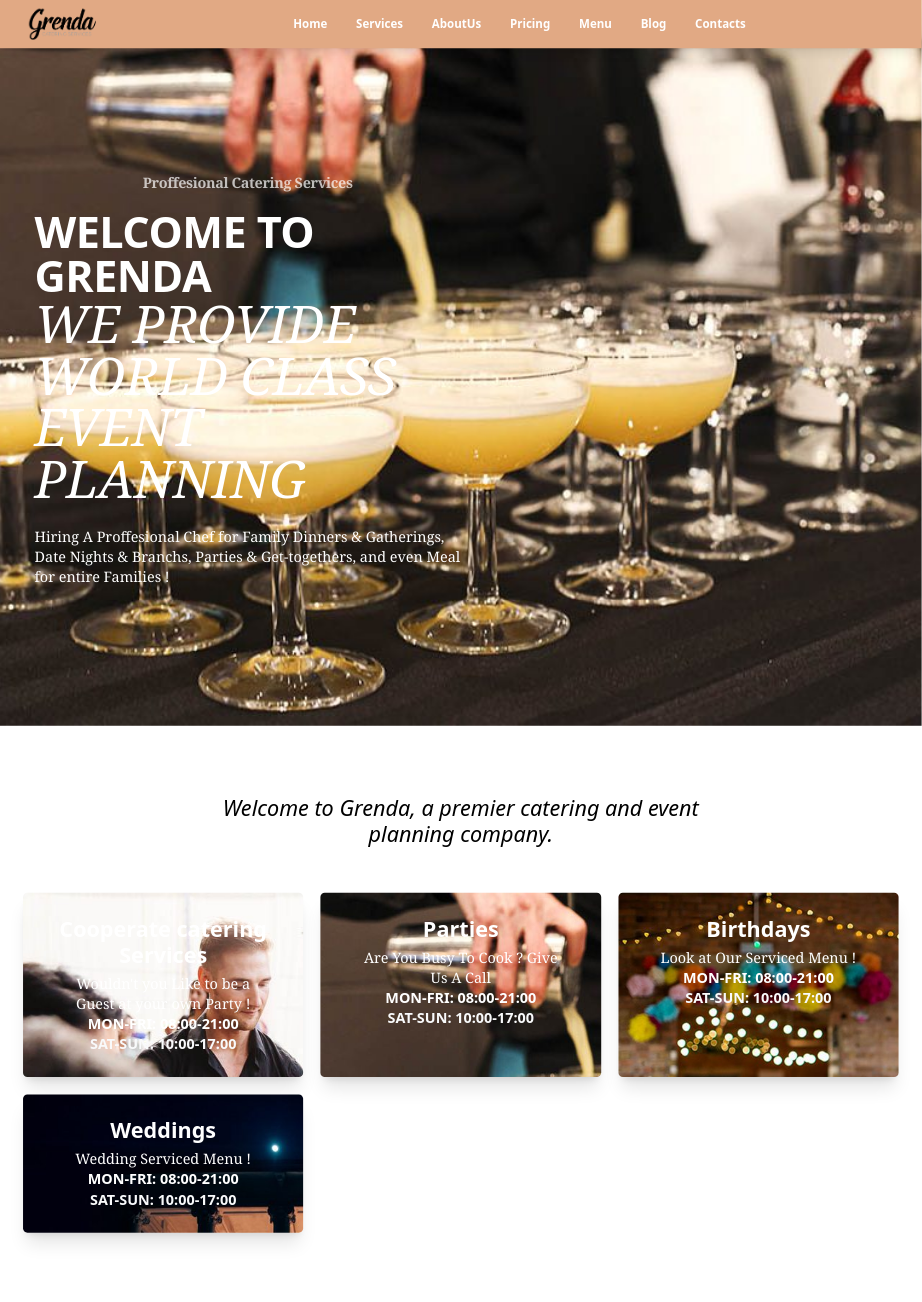
Repository: remydev47/grandes-events
Page: /
An editor plug-in stored every save of this project. The page is shown before and after the next save, followed by the edit.
The browser window is 1280 px wide. The pictures show the whole page, at 72% of full size.
The project was rebuilt for these pictures with package versions that can differ from the ones it lists, and the page was loaded fresh each time. Also part of the build but not shown: vite.config.js.

Above is the page before, as saved 2023-02-08 15:42:01.

### index.html
<!DOCTYPE html>
<html lang="en">
  <head>
    <meta charset="UTF-8" />
    <link rel="icon" type="image/svg+xml" href="/vite.svg" />
    <meta name="viewport" content="width=device-width, initial-scale=1.0" />
    <title>Grendas</title>
  </head>
  <body>
    <div id="root"></div>
    <script type="module" src="/src/main.jsx"></script>
  </body>
</html>

### src/App.jsx
import { useState } from 'react'
import reactLogo from './assets/react.svg'
import Hero from './components/Hero'
import Navbar from './components/Navbar'
import Services from './components/Services'

function App() {
  const [count, setCount] = useState(0)

  return (
   <div>
      <Navbar />
      <Hero />
      <Services />
   </div>
  )
}

export default App

### src/index.css
@import url("https://fonts.googleapis.com/css2?family=Epilogue:wght@400;500;600;700&display=swap");

@tailwind base;
@tailwind components;
@tailwind utilities;

### src/components/Hero.jsx
import React from 'react'
import { hero } from '../assets'

const Hero = () => {
  return (
    <section className='relative pt-48 pb-12 xl:pt-60 sm:pb-16 lg:pb-32 xl:pb-48 2xl:pb-56'>
    <div className="absolute inset-0">
     <img className="object-cover w-full h-full" src={hero} alt="" />
    </div>
   <div className='relative'>
    <div className="px-6 mx-auto sm:px-8 lg:px-12 max-w-7xl">
      <div className="w-full lg:w-2/3 xl:w-1/2">
        <h1 className="font-serif text-xl font-bold tracking-tight text-white text-opacity-70 text-center">Proffesional Catering Services</h1>
        <p className="mt-6 tracking-tighter text-[#FFF]">
          <span className="font-sans font-bold text-6xl">WELCOME TO GRENDA </span><br />
          <span className="font-serif italic font-BOLD text-7xl">WE PROVIDE WORLD CLASS EVENT PLANNING</span>
        </p>
        <p className="mt-8 font-erif text-xl font-serif text-[#fff]">
          Hiring A Proffesional Chef for Family Dinners & Gatherings, Date Nights & Branchs, Parties & Get-togethers, and even Meal for entire Families !
        </p>
      </div>
    </div>
   </div>
  </section>
  )
}

export default Hero

### src/components/Navbar.jsx
import React from 'react'
import { navLinks } from '../constants'
import Menupopover from './Menupopover'
import { logo } from '../assets'

const Navbar = () => {
  return (
    <header className="fixed inset-x-0 bg-[#e1a984] z-20 flex justify-between items-center py-2 px-2 shadow-lg dark:bg-slate-900 sm:py-3 sm:px-8">
      <div className='flex grow-0 basis-1/3 md:hidden'>
        <Menupopover />
      </div>

     <div className='flex grow-0 ml-2 justify-center md:justify-start'>
       <img src={logo} alt='user' className='w-[60%] h-[60%] object-contain' />
     </div>


     <ul className="list-none sm:flex hidden justify-center items-center flex-1">
     {navLinks.map((nav, index) => (
        <li
        key={nav.id}
        className={`font-bold cursor-pointer text-[16px
           ${index === navLinks.length - 1 ? 'mr-0' : 'mr-10'}
          text-white `}
        >
            <a>{nav.title}</a>
        </li>
      ))}
      </ul>

    </header>
  )
}

export default Navbar

### src/components/Services.jsx
import React from 'react'


const services =[
  {
    image:"",
    name:'',

  },
  {
    image:"",
    name:'',

  },
  {
    image:"",
    name:'',

  },
  {
    image:"",
    name:'',

  },
]

const Services = () => {
  return (
    <section className={` sm:py-16 lg:py-24`}>
      <div className="px-4 mx-auto max-w-7xl sm:px-6 lg:px-8">
       <div className="max-w-2xl mx-auto text-center">
         <h2 className="text-xl font-normal italic leading-tight text-black lg:text-3xl">
          Welcome to Grenda, a premier catering and event planning company.
         </h2>
       </div>

       <div className="grid max-w-md grid-cols-1 gap-6 mx-auto mt-8 text-center lg:max-w-full lg:mt-16 lg:grid-cols-3">

        <div className="overflow-hidden bg-[url('./src/assets/service1.jpeg')] shadow-xl border-gray-300 rounded-md">
          <div className="p-8 xl:px-12 flex flex-col items-center justify-center">
             <div className='flex flex-col'>
               <h1 className='text-3xl font-semibold text-white'>Cooperate catering Services</h1>
             </div>
             <h2 className='font-normal text-xl font-serif text-white text-center mt-2'>
               Wouldn't you Like to be a Guest at your own Party !
             </h2>
             <p className='text-xl text-white text-center font-bold'>
               MON-FRI: 08:00-21:00
             </p>
             <p className='text-xl text-gray-50 text-center font-bold'>
               SAT-SUN: 10:00-17:00
             </p>
          </div>
        </div>

        <div className="overflow-hidden bg-[url('./src/assets/hero.jpeg')] shadow-xl border-gray-300 rounded-md">
          <div className="p-8 xl:px-12 flex flex-col items-center justify-center">
             <div className='flex flex-col'>
               <h1 className='text-3xl font-semibold text-white'>Parties</h1>
             </div>
             <h2 className='font-normal text-xl font-serif text-white text-center mt-2'>
               Are You Busy To Cook ? Give Us A Call
             </h2>
             <p className='text-xl text-white text-center font-bold'>
               MON-FRI: 08:00-21:00
             </p>
             <p className='text-xl text-gray-50 text-center font-bold'>
               SAT-SUN: 10:00-17:00
             </p>
          </div>
        </div>

        <div className="overflow-hidden bg-[url('./src/assets/service3.jpeg')] shadow-xl border-gray-300 rounded-md">
          <div className="p-8 xl:px-12 flex flex-col items-center justify-center">
             <div className='flex flex-col'>
               <h1 className='text-3xl font-semibold text-white'>Birthdays</h1>
             </div>
             <h2 className='font-normal text-xl font-serif text-white text-center mt-2'>
               Look at Our Serviced Menu !
             </h2>
             <p className='text-xl text-white text-center font-bold'>
               MON-FRI: 08:00-21:00
             </p>
             <p className='text-xl text-gray-50 text-center font-bold'>
               SAT-SUN: 10:00-17:00
             </p>
          </div>
        </div>

        <div className="overflow-hidden bg-[url('./src/assets/service2.jpeg')] shadow-xl border-gray-300 rounded-md">
          <div className="p-8 xl:px-12 flex flex-col items-center justify-center">
             <div className='flex flex-col'>
               <h1 className='text-3xl font-semibold text-white'>Weddings</h1>
             </div>
             <h2 className='font-normal text-xl font-serif text-white text-center mt-2'>
               Wedding Serviced Menu !
             </h2>
             <p className='text-xl text-white text-center font-bold'>
               MON-FRI: 08:00-21:00
             </p>
             <p className='text-xl text-gray-50 text-center font-bold'>
               SAT-SUN: 10:00-17:00
             </p>
          </div>
        </div>



       </div>
      </div>
    </section>
  )
}

export default Services

### src/assets/index.js
import menu from './menu.svg';
import logo from './logo3.png';
import close from './close.svg';
import hero from './hero.jpeg';
import service1 from './service1.jpeg';
import service2 from './service2.jpeg';
import service3 from './service3.jpeg'

export{
    menu, logo, close, hero, service1, service2, service3
}

### src/constants/index.js
export const navLinks=[
    {
        id:"home",
        title:"Home",
    },
    {
        id:"services",
        title:"Services",
    },
    {
        id:"AboutUs",
        title:"AboutUs",
    },
    {
        id:"pricing",
        title:"Pricing",
    },
    {
        id:"menu",
        title:"Menu",
    },
    {
        id:"blog",
        title:"Blog",
    },
    {
        id:"contacts",
        title:"Contacts",
    },
]

### src/components/Menupopover.jsx
import React, { useState } from 'react'
import { navLinks } from '../constants'
import { logo, menu } from '../assets'

const Menupopover = () => {
    const [toggleDrawer, setToggleDrawer] = useState(false);

  return (
    <div className='sm:hidden flex justify-between
     items-center relative'>
      <div className='w-[40px] h-[40px] rounded-[10px] bg-[#e1a984] flex
          justify-center items-center cursor-pointer'>
              {/* <img src={logo} alt='user' className='w-[60%] h-[60%] object-contain' /> */}
      </div>
      <img
        src={menu}
        alt="menu"
        className='w-[34px] h-[34px] object-contain cursor-pointer'
        onClick={() => setToggleDrawer((prev) => !prev)}
      />
      <div className={`fixed top-[60px] bg-[#e1a984] w-full max-w-xs
       ${!toggleDrawer ? '-translate-y-[100vh]' : 'translate-y-0'} transition-all duration-700`}>
        <ul className='list-none flex flex-col justify-end items-center flex-1'>
          {navLinks.map((nav, index) => (
             <li
              key={nav.id}
              className={`font-bold cursor-pointer text-[16px]
              mt-2 border-t border-slate-200 py-4 dark:border-slate-600
              ${index === navLinks.length - 1 ? 'mr-0' : 'mb-4'}
               text-white `}
             >
                 <a>{nav.title}</a>
             </li>
          ))}
        </ul>
       </div>
   </div>
  )
}

export default Menupopover

const styles = {
  container:`fixed top-0 bottom-0 left-0 w-full max-w-xs rounded-r-xl bg-[#e1a984] p-6 shadow-lg dark:bg-gray-800`,
  container2:`absolute top-[60px] right-0 left-0 bg-[#e1a984] z-10 shadow-secondary py-4`
}

### tailwind.config.cjs
/** @type {import('tailwindcss').Config} */
module.exports = {
  content: [
    "./index.html",
    "./src/**/*.{js,ts,jsx,tsx}",
  ],
  theme: {
    extend: {
      backgroundImage: {
        'bg-1': "url('./src/assets/service1.jpeg')",
        'bg-2': "url('./src/assets/hero.jpeg')",
        'bg-3': "url('./src/assets/service2.jpeg')",
        'bg-4': "url('./src/assets/service3.jpeg')",
      },
      fontFamily: {
        epilogue: ['Epilogue', 'sans-serif'],
      },
      boxShadow: {
        secondary: '10px 10px 20px rgba(2, 2, 2, 0.25)',
      },
    },
  },
  plugins: [],
}

Loaded but not shown: src/main.jsx (common file)

After the next save:
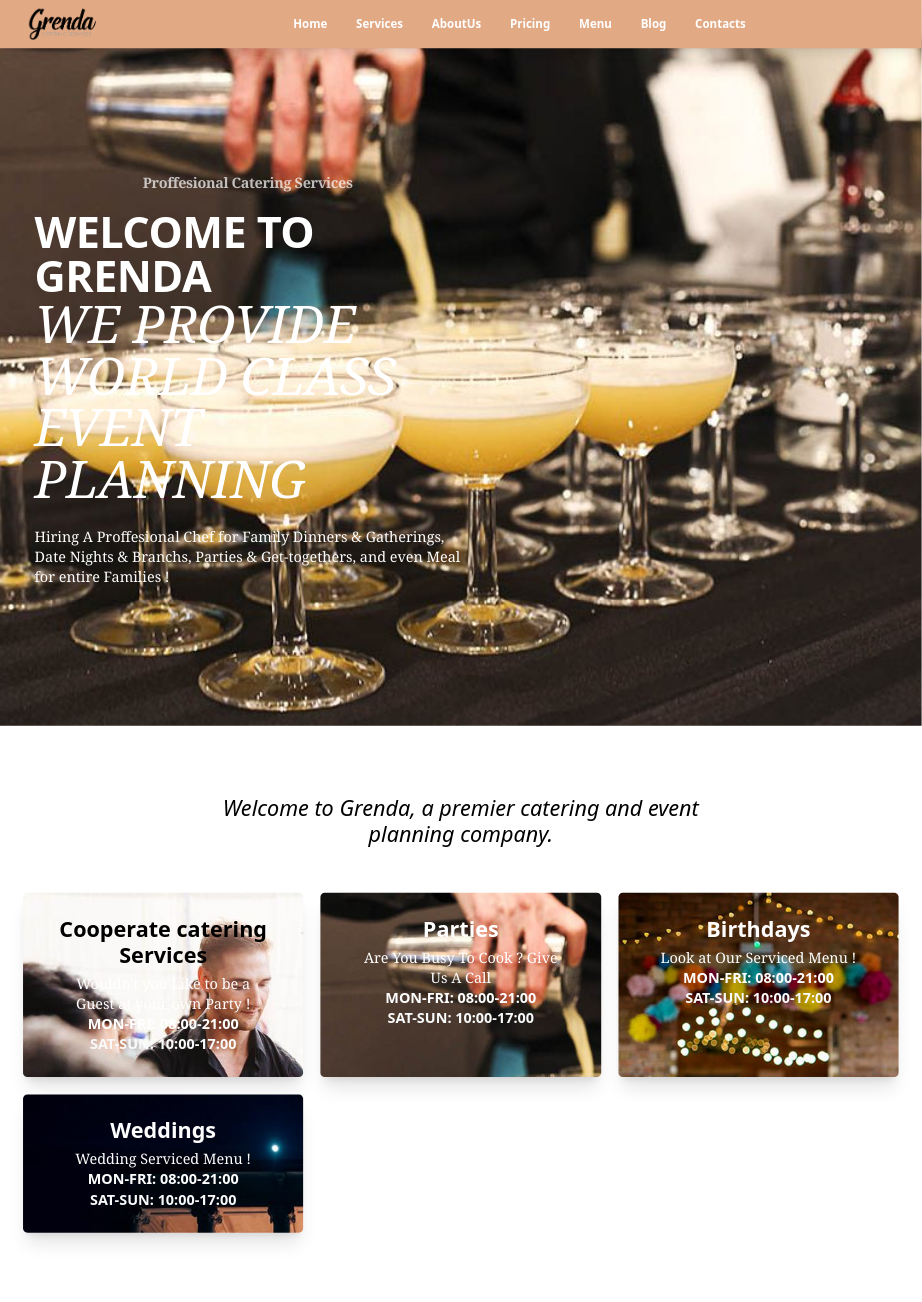
Saved 16 s later.
--- a/src/components/Services.jsx
+++ b/src/components/Services.jsx
@@ -39,7 +39,7 @@ const Services = () => {
         <div className="overflow-hidden bg-[url('./src/assets/service1.jpeg')] shadow-xl border-gray-300 rounded-md">
           <div className="p-8 xl:px-12 flex flex-col items-center justify-center">
              <div className='flex flex-col'>
-               <h1 className='text-3xl font-semibold text-white'>Cooperate catering Services</h1>
+               <h1 className='text-3xl font-semibold text-black'>Cooperate catering Services</h1>
              </div>
              <h2 className='font-normal text-xl font-serif text-white text-center mt-2'>
                Wouldn't you Like to be a Guest at your own Party !
